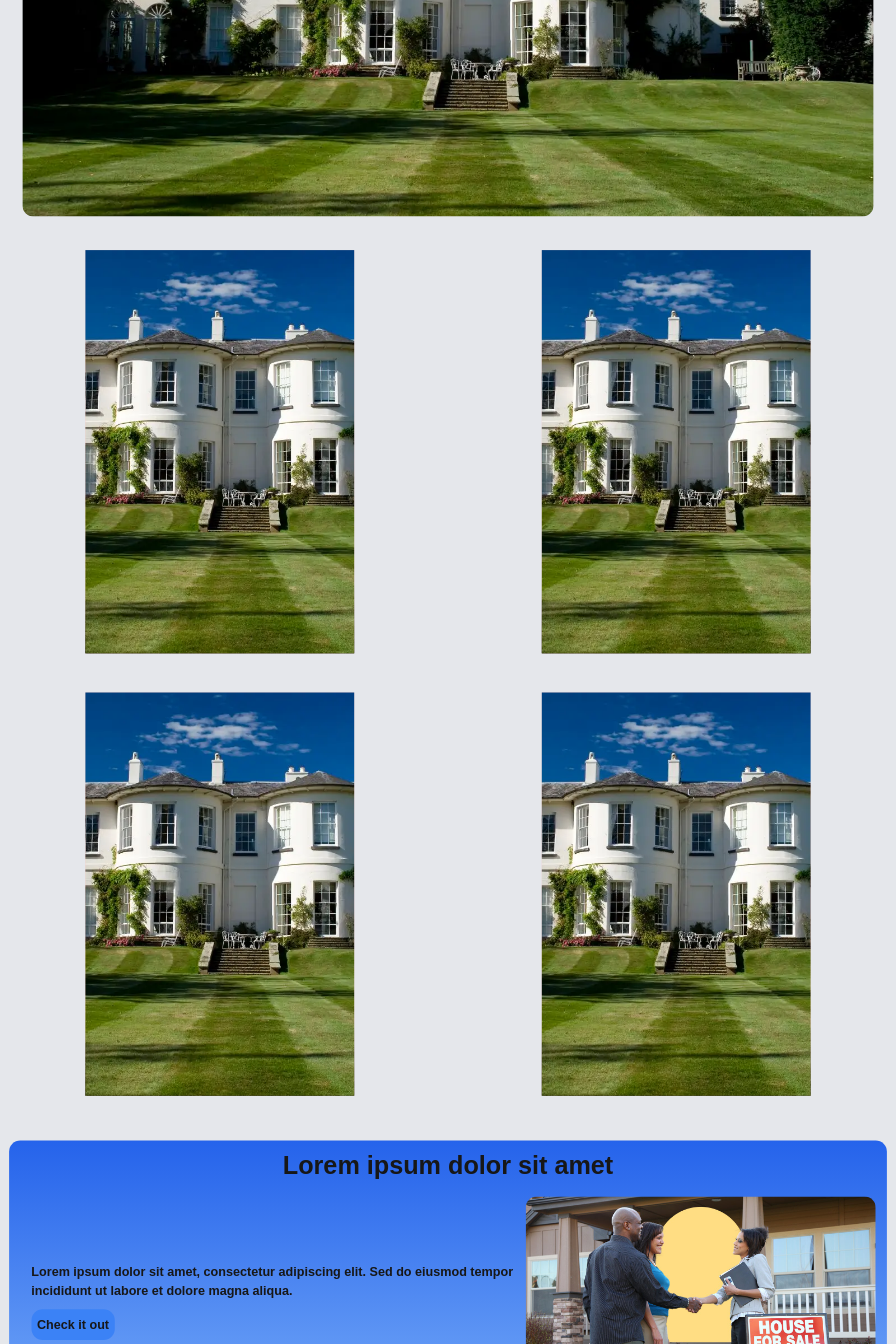
Repository: TMuse333/single-page-real-estate
Page: / (app in frontend/)
These files come from the project's save history. The page is drawn as it stood at one moment and after the next save; the edit follows.
The browser window is 1280 px wide. The pictures show the part of the page from y = 1246 to 3166 px (the page is 7256 px tall), at 70% of full size.
The project was rebuilt for these pictures with package versions that can differ from the ones it lists, and the page was loaded fresh each time. The framework's server and built-in components were replaced by stand-ins that run in the browser. Also part of the build but not shown: frontend/next.config.mjs.

Above is the page before, as saved 2024-12-05 16:35:28.

After the next save:
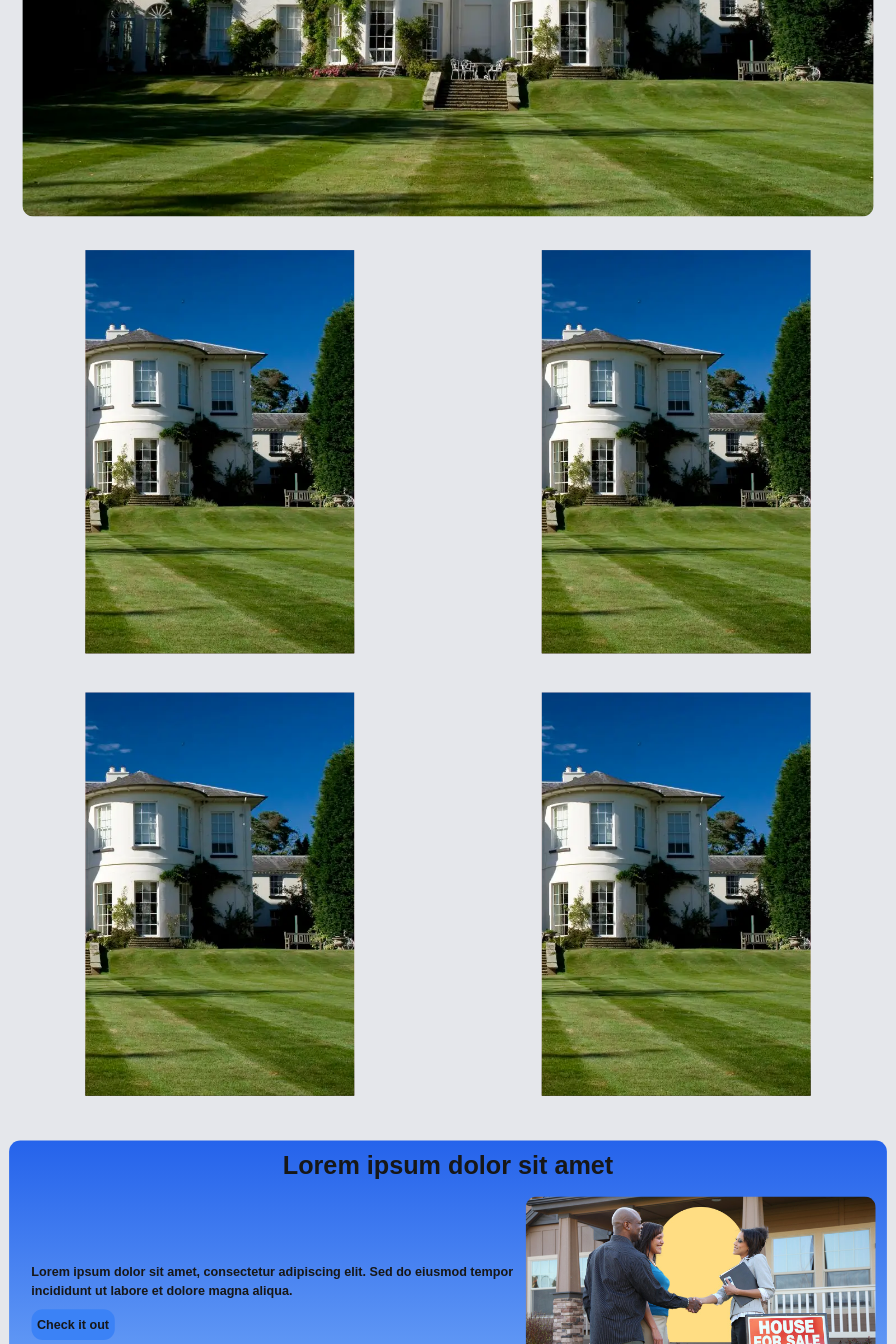
Saved 2 min 12 s later.
--- a/frontend/src/components/interactiveDisplayBox/interactiveDisplayBox.tsx
+++ b/frontend/src/components/interactiveDisplayBox/interactiveDisplayBox.tsx
@@ -22,7 +22,7 @@
     h-[80vh] z-[2] bg-red-200">
      <Image
      className="absolute h-full w-full
-     object-cover z-[1] "
+     object-cover z-[1] object-[90%]"
      src={src}
      alt={alt}
      width={600}

After the 2 saves that followed:
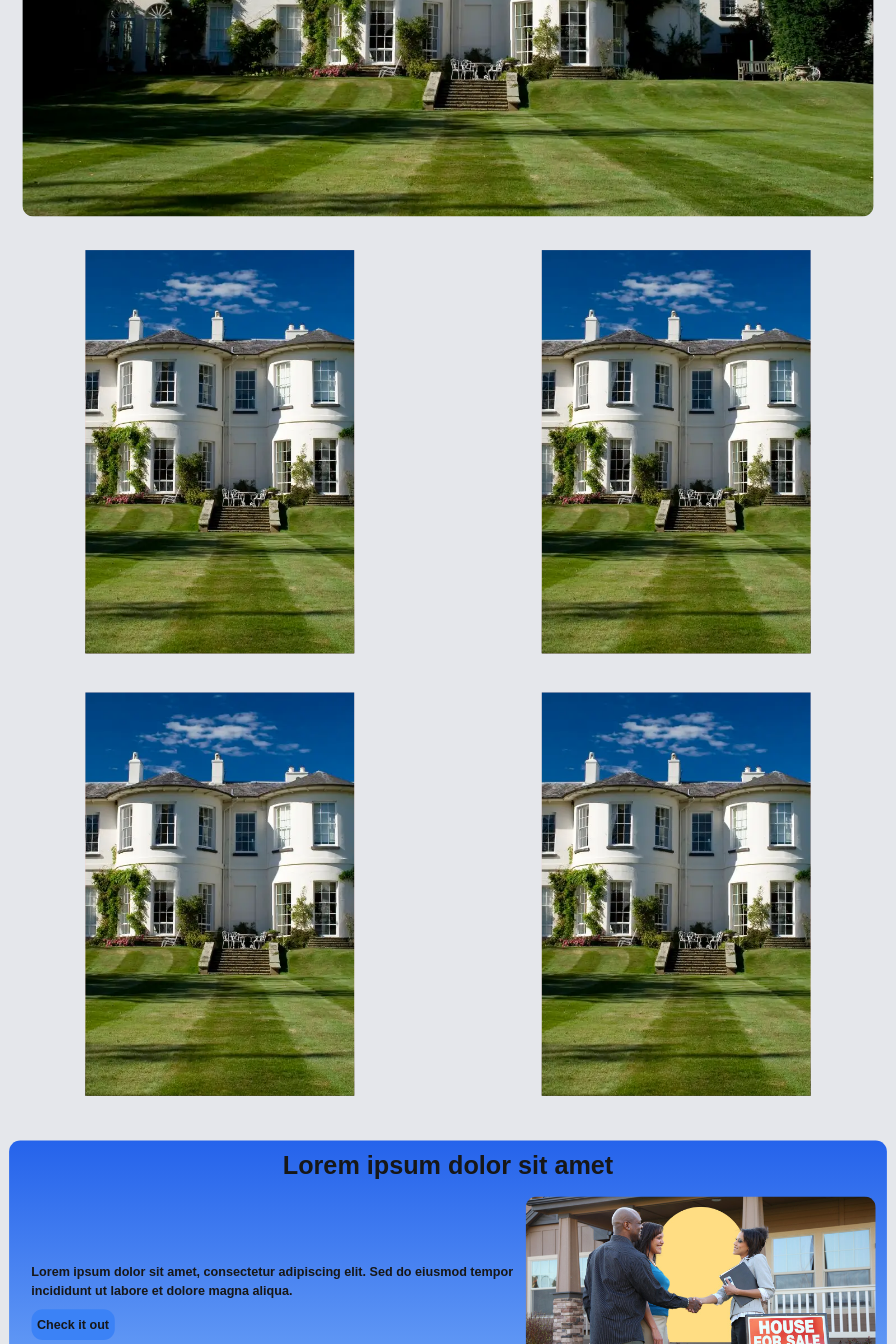
The 2 saves are shown as one change because they came seconds apart.
The last was saved 11 s later.
--- a/frontend/src/components/interactiveDisplayBox/interactiveDisplayBox.tsx
+++ b/frontend/src/components/interactiveDisplayBox/interactiveDisplayBox.tsx
@@ -22,7 +22,7 @@
     h-[80vh] z-[2] bg-red-200">
      <Image
      className="absolute h-full w-full
-     object-cover z-[1] object-[90%]"
+     object-cover z-[1] object-[90% 50%]"
      src={src}
      alt={alt}
      width={600}
